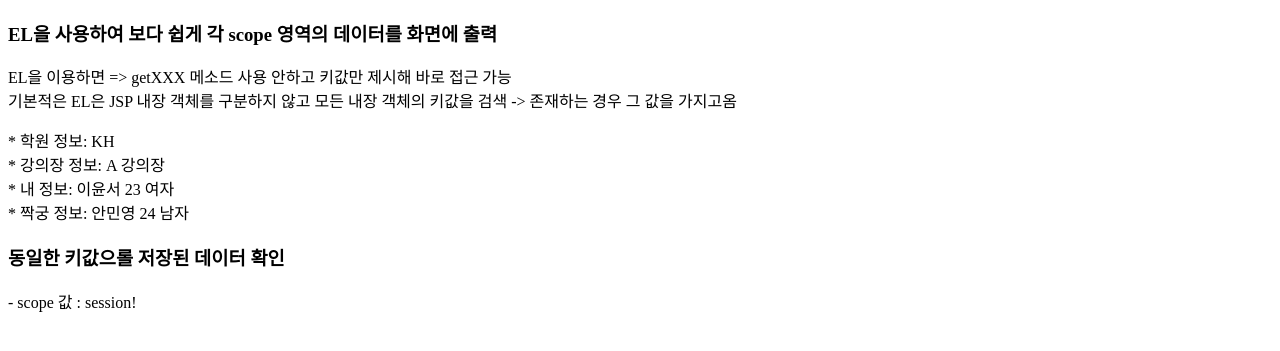
Repository: yoonseo0832/workspace
Page: http://localhost/2_jsp/el.do
The author's editor kept a copy of each file at every save. The page is drawn from the files as they stood at one save, then again after the next save.
The browser window is 1280 px wide. The pictures show the whole page.
The page is served by Tomcat 9.

Above is the page before, as saved 2025-03-20 03:37:02.

After the next save:
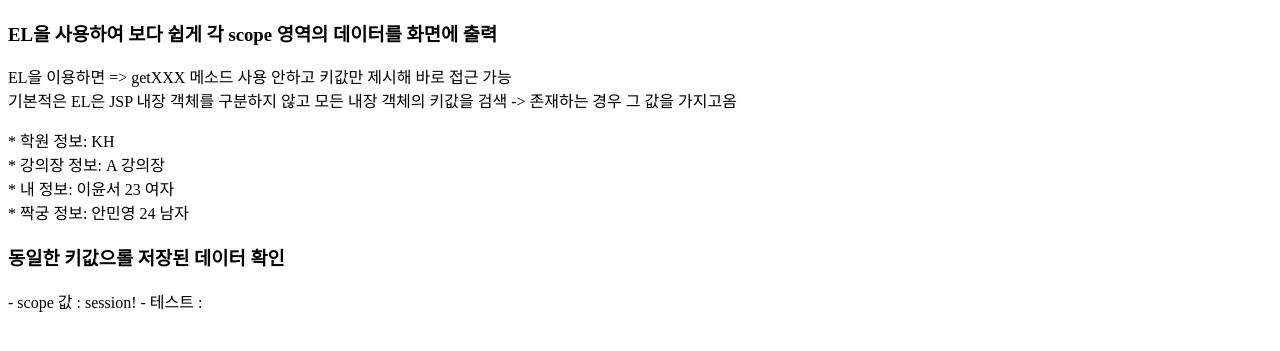
Saved 48 s later.
--- a/05_server/2_jsp/src/main/webapp/views/2_EL/1_el.jsp
+++ b/05_server/2_jsp/src/main/webapp/views/2_EL/1_el.jsp
@@ -45,5 +45,6 @@
 			- 공유 범위가 가장 작은 scope부터 검색 을 함
 			page > request > session > application 순서대로 검색함
 	 -->
+	 - 테스트 : ${test }
 </body>
 </html>
